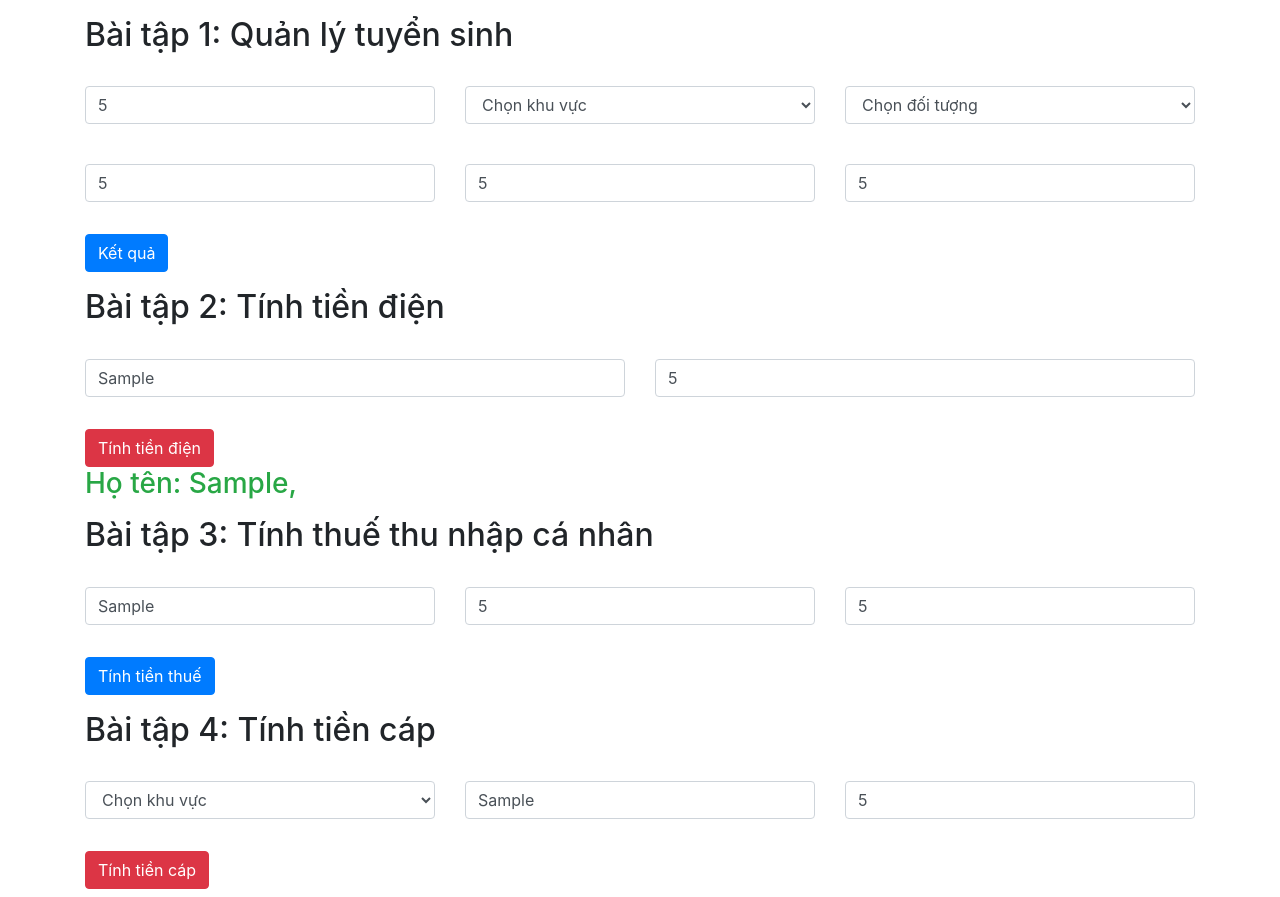
Repository: thanhfrankie/BC10-LeMinhThanh-Js-b5
Page: index.html
The author's editor kept a copy of each file at every save. The page is drawn from the files as they stood at one save, then again after a run of saves.
The browser window is 1280 px wide. The pictures show the whole page.
Empty fields were first filled with sample values (such as "Sample", 5 or name@example.com).
After loading, the first visible `button.btn-danger` was clicked once.

Above is the page before, as saved 2023-12-15 21:02:32.

After the next 2 saves:
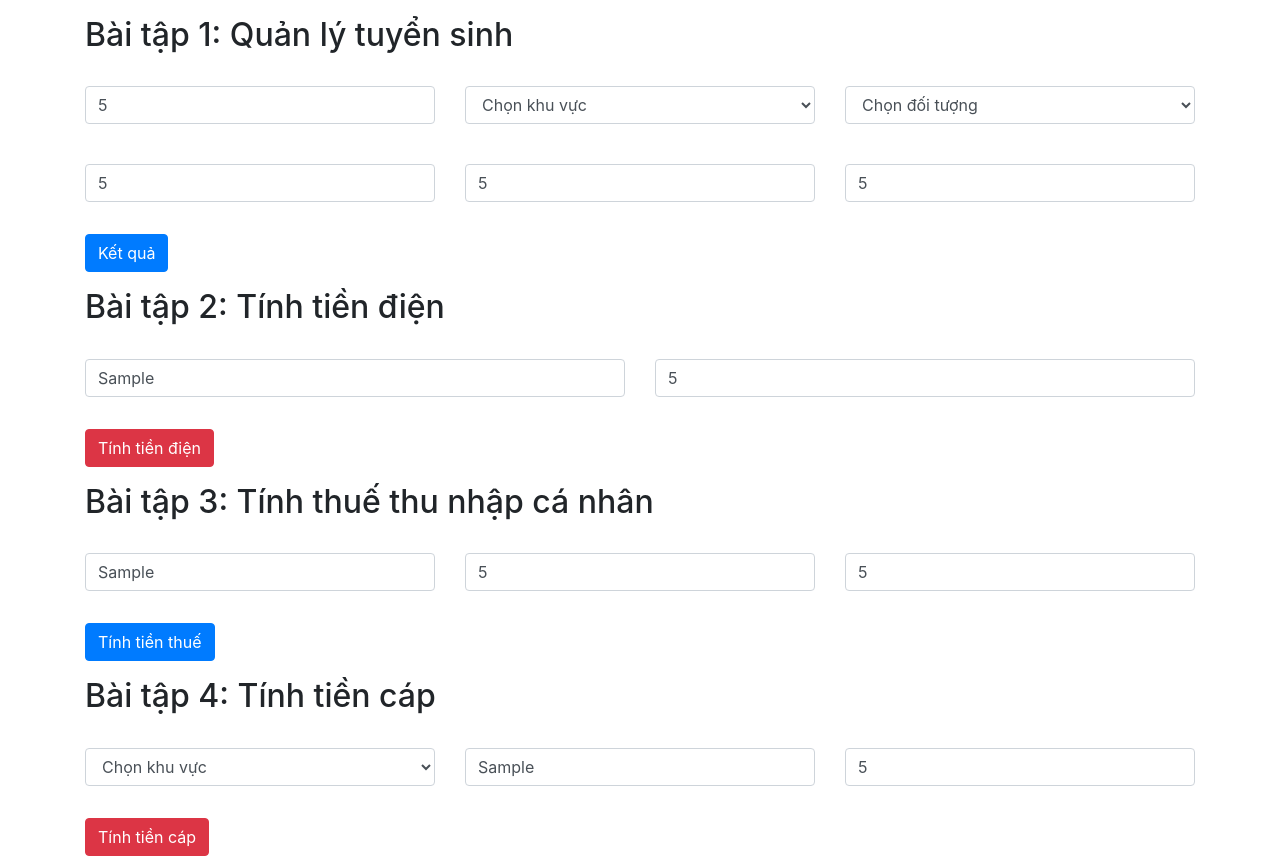
Console error: SyntaxError: Unexpected token '}'
The 2 saves are shown as one change because they came seconds apart.
The last was saved 6 s later.
--- a/index.js
+++ b/index.js
@@ -192,7 +192,7 @@
     var tienPhaiTra;
     if (soKw <= 50) {
         tienPhaiTra = soKw * 500
-        ketQua.innerText = `Họ tên: ${hoTen}, `
+        ketQua.innerText = `Họ tên: ${hoTen}, Tiền điện: ${}`
     }
     if (50 <soKw <= 100) {
         tienPhaiTra = soKw*650

After the save that followed:
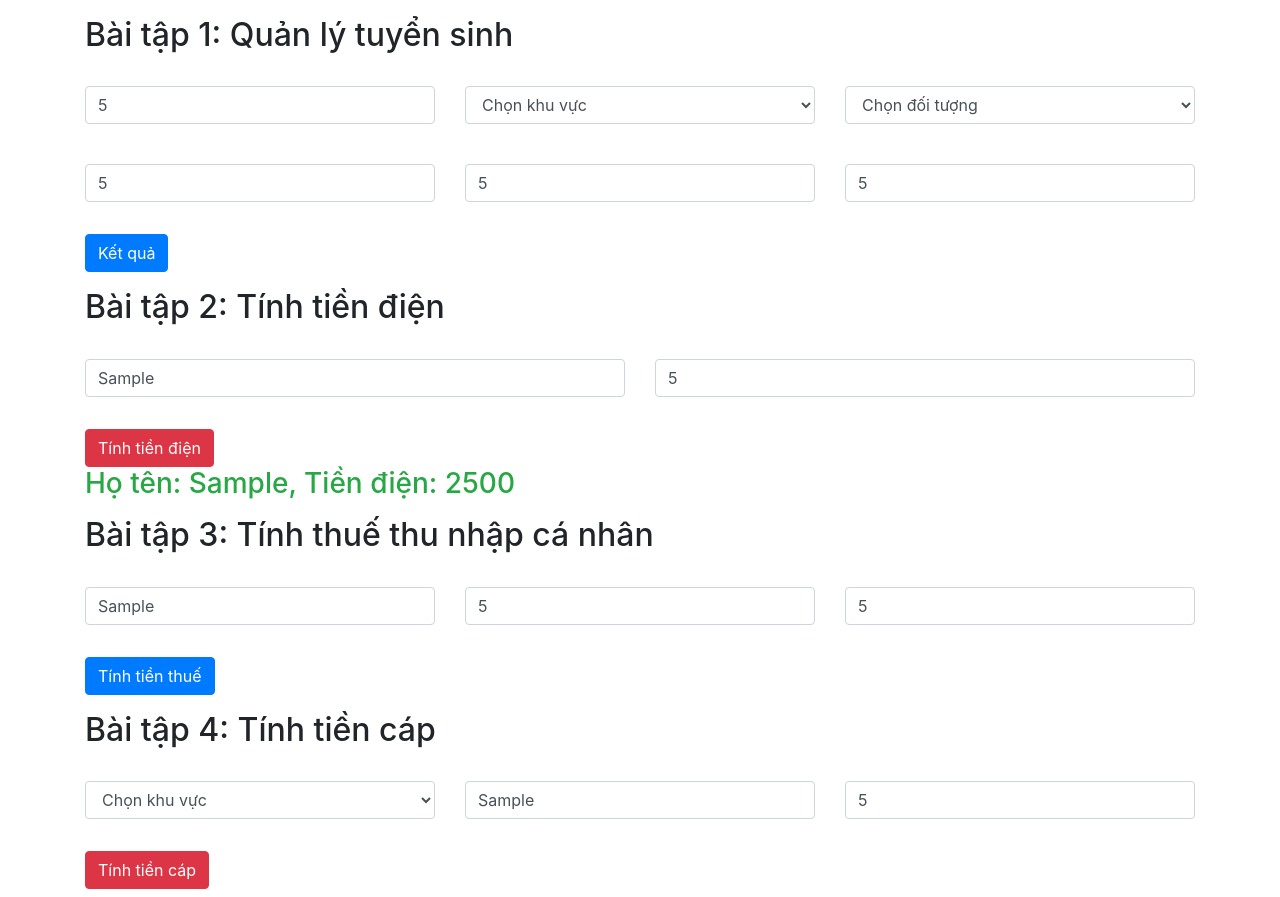
The error is gone.
Saved 5 s later.
--- a/index.js
+++ b/index.js
@@ -192,7 +192,7 @@
     var tienPhaiTra;
     if (soKw <= 50) {
         tienPhaiTra = soKw * 500
-        ketQua.innerText = `Họ tên: ${hoTen}, Tiền điện: ${}`
+        ketQua.innerText = `Họ tên: ${hoTen}, Tiền điện: ${tienPhaiTra}`
     }
     if (50 <soKw <= 100) {
         tienPhaiTra = soKw*650
